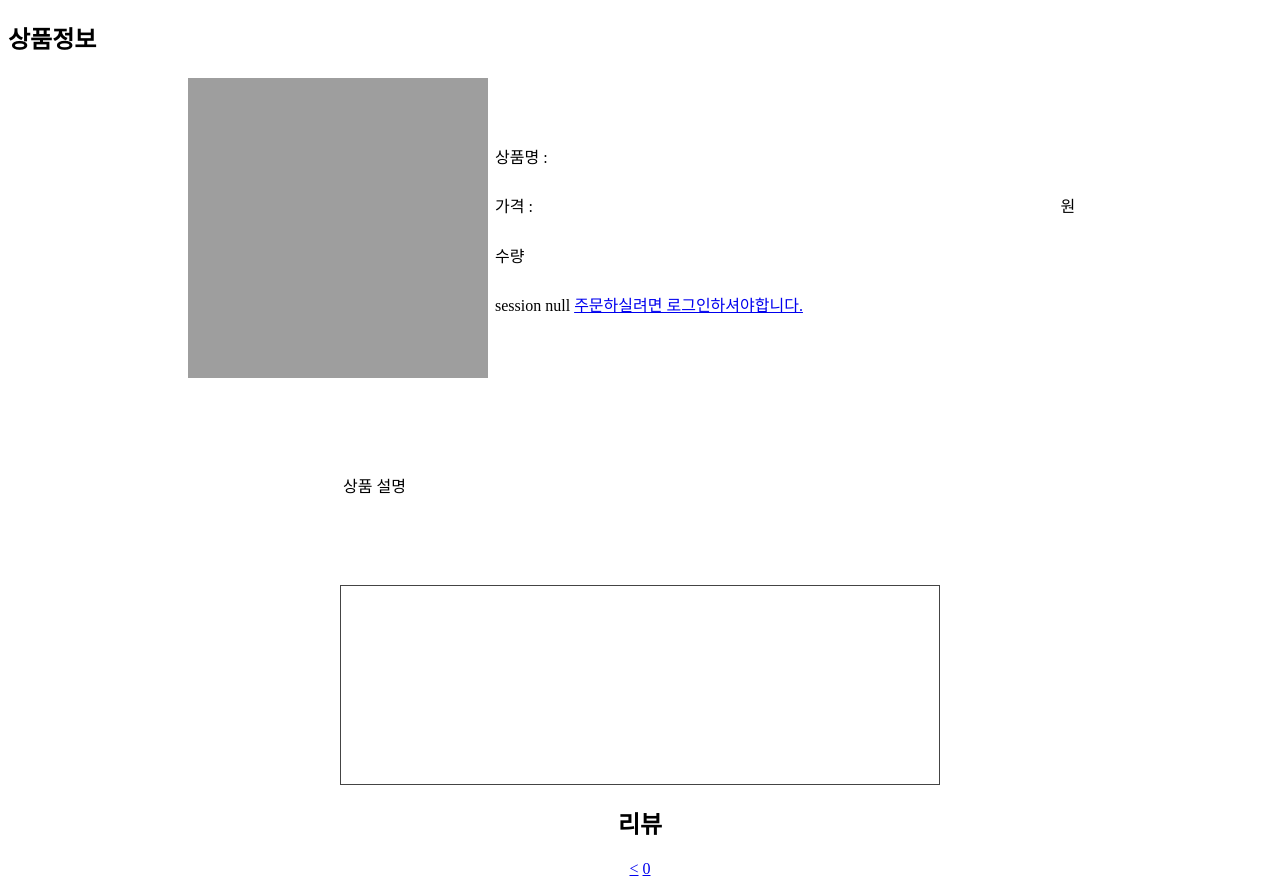
Repository: jjucc99/EZEN_PROJECT
Page: http://localhost/Project_Tea_party_12_31_humm/WEB-INF/views/item/item_Info.jsp
The author's editor kept a copy of each file at every save. The page is drawn from the files as they stood at one save, then again after the next save.
The browser window is 1280 px wide. The pictures show the whole page.
Pictures or frames that could not be fetched are drawn as grey boxes. The page is served by Tomcat 9. Nobody is signed in. The template is opened directly, without the code that normally fills it, so the values that code supplies are empty.

Above is the page before, as saved 2021-12-31 07:34:12.

After the next save:
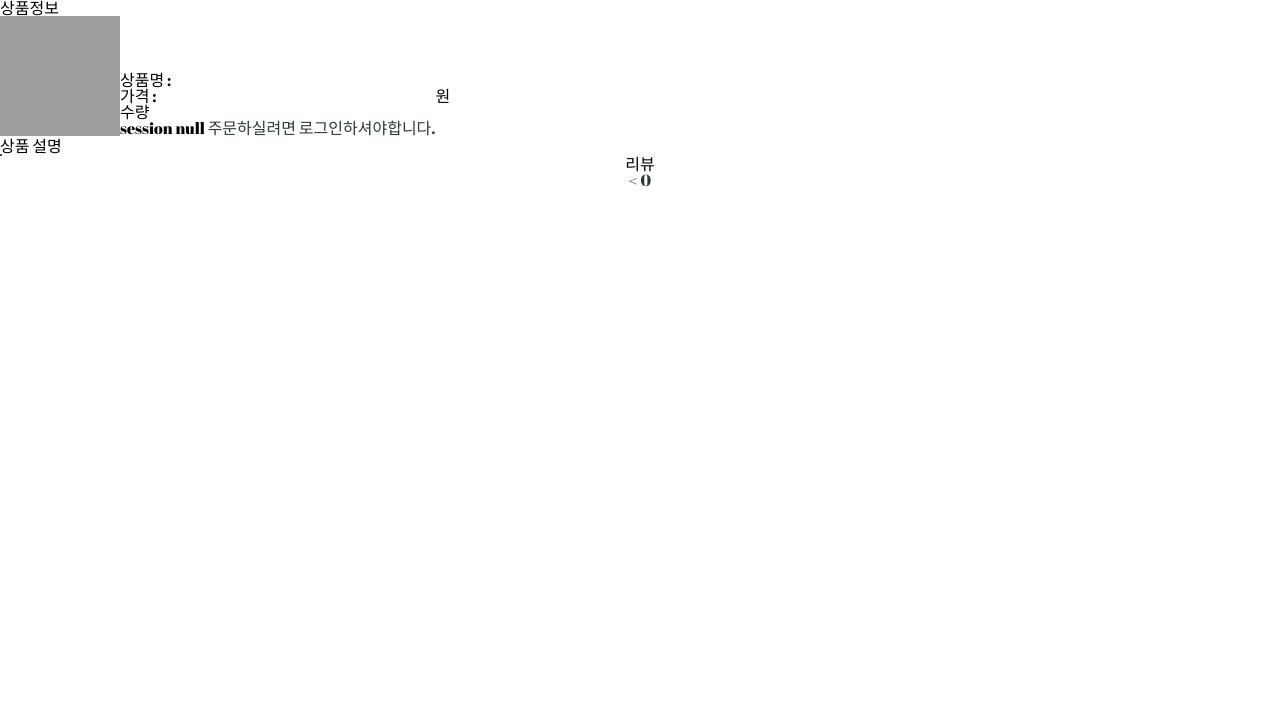
Saved 6 min 34 s later.
--- a/Project_Tea_party_12_31_humm/src/main/webapp/WEB-INF/views/item/item_Info.jsp
+++ b/Project_Tea_party_12_31_humm/src/main/webapp/WEB-INF/views/item/item_Info.jsp
@@ -6,25 +6,24 @@
 <%@ taglib uri="http://www.springframework.org/tags/form" prefix="f" %>
 
 <!DOCTYPE html>
-<html>
 <head>
-<meta charset="UTF-8">
+<html lang="en">
+    <meta charset="UTF-8" />
+    <meta http-equiv="X-UA-Compatible" content="IE=edge" />
+    <meta name="viewport" content="width=device-width, initial-scale=1.0" />
+    <title>TEA PARTY_goods</title>
+   <link rel="stylesheet" href="<c:url value="/resources/css/style.css"/>" />
+</head>
 <style type="text/css">
 img {
-	width: 300px;
-	height: 300px;
+	width: 120px;
+	height: 120px;
 	object-fit: cover;
-}
-table {
-	margin: auto;
-	width : 600px;
-	height: 200px;
 }
 .context{
 display: none;
 }
 </style>
-<title>Insert title here</title>
 <script  src="http://code.jquery.com/jquery-latest.min.js"></script>
 <script type="text/javascript" src="<c:url value='/resources/js/item/info.js'/>"></script>
 </head>
